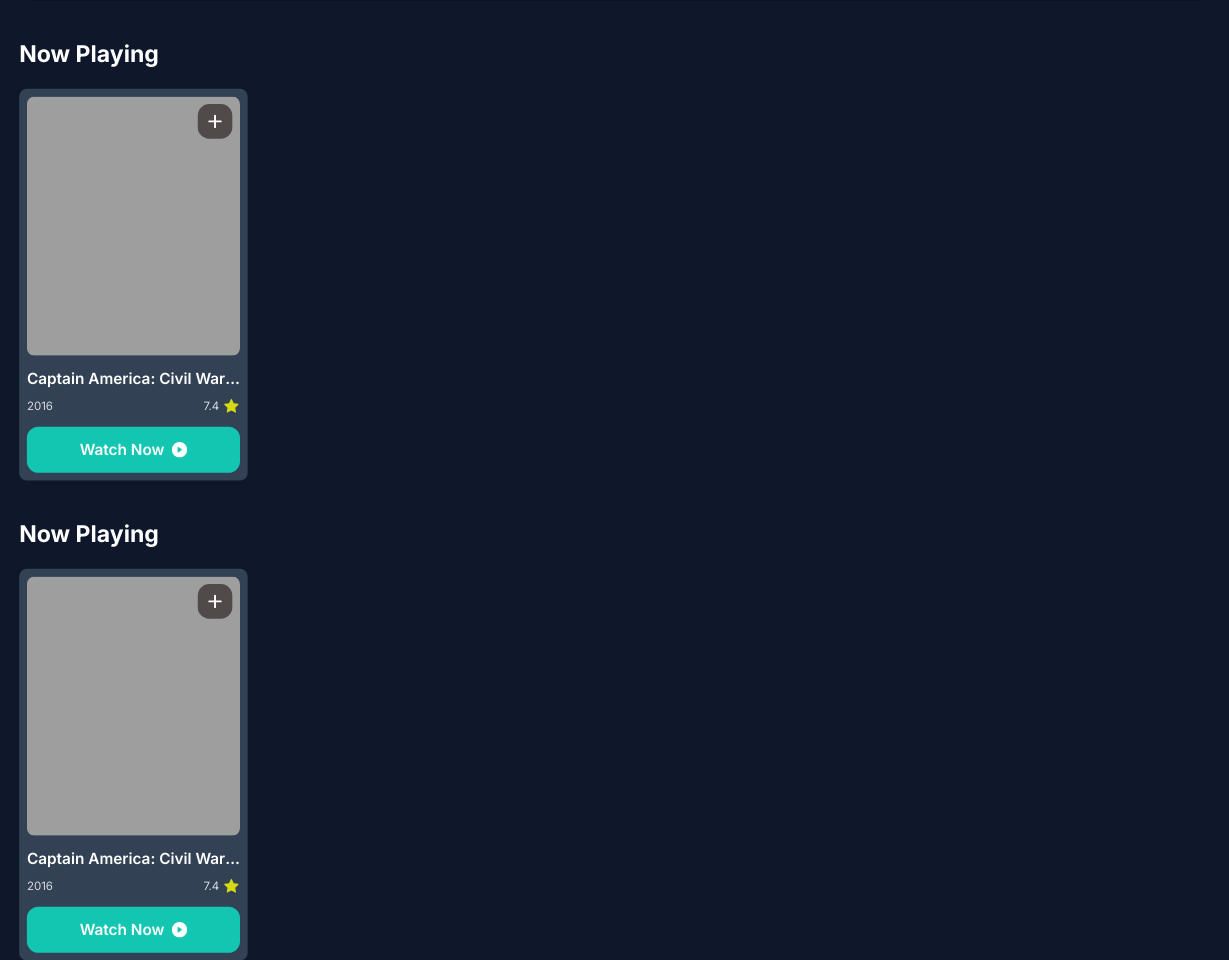
Repository: ajincome26/trailer-movies
Page: /
These files come from the project's save history. The page is drawn as it stood at one moment and after the next save; the edit follows.
The browser window is 1280 px wide. The pictures show the part of the page from y = 564 to 1564 px (the page is 1564 px tall), at 96% of full size.
Pictures or frames that could not be fetched are drawn as grey boxes. The project was rebuilt for these pictures with package versions that can differ from the ones it lists, and the page was loaded fresh each time. Also part of the build but not shown: vite.config.js.

Above is the page before, as saved 2023-03-27 17:04:05.

### src/main.jsx
import React from "react";
import ReactDOM from "react-dom/client";
import App from "./App";
import "./index.scss";
import { BrowserRouter } from "react-router-dom";

ReactDOM.createRoot(document.getElementById("root")).render(
  <React.StrictMode>
    <BrowserRouter>
      <App />
    </BrowserRouter>
  </React.StrictMode>
);

### src/App.jsx
import { NavLink } from "react-router-dom";
import icons from "./untils/icons";

const { BsFillPlayCircleFill, HiPlus, AiFillStar } = icons;
const listNav = [
  {
    id: 1,
    to: "/",
    title: "Home",
  },
  {
    id: 2,
    to: "/movies",
    title: "Movies",
  },
];
function App() {
  return (
    <>
      <div className="header flex items-center justify-center gap-x-5 p-5">
        {listNav.map((item) => (
          <NavLink
            key={item.id}
            to={item.to}
            className={({ isActive }) => (isActive ? "text-primary" : "")}
          >
            {item.title}
          </NavLink>
        ))}
      </div>
      <section className="banner page-container h-[500px]">
        <div className="rounded-xl w-full h-full relative overflow-hidden">
          <div className="w-full h-full relative">
            <div className="overlay inset-0 absolute bg-gradient-to-t from-black"></div>
            <img
              src="https://w0.peakpx.com/wallpaper/473/369/HD-wallpaper-avengers-infinity-war-and-endgame-poster-avengers-endgame-avengers-end-game-avengers-infinity-war-2019-movies-movies-poster.jpg"
              alt="banner"
              className="w-full h-full object-cover object-center"
            />
          </div>
          <div className="absolute text-white bottom-5 left-5">
            <h2 className="text-3xl font-semibold mb-5">Avengers: Endgame</h2>
            <div className="flex items-center gap-x-3 text-sm mb-5">
              <span className="py-2 px-3 rounded-md border border-[#ccc]">
                Action
              </span>
              <span className="py-2 px-3 rounded-md border border-[#ccc]">
                Adventure
              </span>
              <span className="py-2 px-3 rounded-md border border-[#ccc]">
                Drama
              </span>
            </div>
            <div className="flex items-center gap-x-3">
              <button className="px-10 py-3 bg-primary rounded-xl flex items-center gap-x-2 font-semibold">
                Watch
                <BsFillPlayCircleFill />
              </button>
              <button className="p-3 bg-opacity-90 bg-[#4a4242] rounded-xl font-semibold">
                <HiPlus fontSize={25} />
              </button>
            </div>
          </div>
        </div>
      </section>

      <section className="movies-layout page-container">
        <h2 className="capitalize text-2xl font-bold mt-10 mb-5">
          Now Playing
        </h2>
        <div className="movies-list grid grid-cols-5 gap-3">
          <div className="movie-item rounded-lg p-2 bg-slate-700 flex flex-col gap-3">
            <div className="rounded-lg overflow-hidden relative">
              <img
                src="https://w0.peakpx.com/wallpaper/177/218/HD-wallpaper-captain-america-in-avengers-endgame.jpg"
                alt="captain"
                className="w-full h-[270px] object-cover object-top"
              />
              <button className="p-2 bg-opacity-90 bg-[#4a4242] rounded-xl font-semibold absolute top-2 right-2">
                <HiPlus fontSize={20} />
              </button>
            </div>
            <div>
              <h3 className="font-semibold cursor-pointer truncate-1">
                Captain America: Civil War Captain America: Civil War Captain
                America: Civil War
              </h3>
              <div className="flex items-center justify-between text-xs mt-2 opacity-80">
                <span>2016</span>
                <div className="flex items-center gap-x-1">
                  <span>7.4</span>
                  <AiFillStar color="yellow" size={18} />
                </div>
              </div>
            </div>
            <button className="px-10 py-3 bg-primary rounded-xl flex items-center justify-center gap-x-2 font-semibold w-full">
              Watch Now
              <BsFillPlayCircleFill />
            </button>
          </div>
        </div>
      </section>

      <section className="movies-top-rated page-container">
        <h2 className="capitalize text-2xl font-bold mt-10 mb-5">
          Now Playing
        </h2>
        <div className="movies-list grid grid-cols-5 gap-3">
          <div className="movie-item rounded-lg p-2 bg-slate-700 flex flex-col gap-3">
            <div className="rounded-lg overflow-hidden relative">
              <img
                src="https://w0.peakpx.com/wallpaper/177/218/HD-wallpaper-captain-america-in-avengers-endgame.jpg"
                alt="captain"
                className="w-full h-[270px] object-cover object-top"
              />
              <button className="p-2 bg-opacity-90 bg-[#4a4242] rounded-xl font-semibold absolute top-2 right-2">
                <HiPlus fontSize={20} />
              </button>
            </div>
            <div>
              <h3 className="font-semibold cursor-pointer truncate-1">
                Captain America: Civil War Captain America: Civil War Captain
                America: Civil War
              </h3>
              <div className="flex items-center justify-between text-xs mt-2 opacity-80">
                <span>2016</span>
                <div className="flex items-center gap-x-1">
                  <span>7.4</span>
                  <AiFillStar color="yellow" size={18} />
                </div>
              </div>
            </div>
            <button className="px-10 py-3 bg-primary rounded-xl flex items-center justify-center gap-x-2 font-semibold w-full">
              Watch Now
              <BsFillPlayCircleFill />
            </button>
          </div>
        </div>
      </section>
    </>
  );
}

export default App;

### src/index.scss
@tailwind base;
@tailwind components;
@tailwind utilities;

@import url("https://fonts.googleapis.com/css2?family=Inter:wght@100;200;300;400;500;600;700;800;900&display=swap");

@layer base {
  body {
    @apply bg-slate-900 font-Inter px-5 text-white;
  }
}

.page-container {
  @apply max-w-[1280px] mx-auto;
}

.truncate-1 {
  display: -webkit-box;
  -webkit-line-clamp: 1;
  -webkit-box-orient: vertical;
  overflow: hidden;
  text-overflow: ellipsis;
  word-break: break-word;
}

### src/untils/icons.jsx
import { BsFillPlayCircleFill } from "react-icons/bs";
import { HiPlus } from "react-icons/hi";
import { AiFillStar } from "react-icons/ai";

const icons = {
  BsFillPlayCircleFill,
  HiPlus,
  AiFillStar,
};
export default icons;

### tailwind.config.cjs
module.exports = {
  content: ["./index.html", "./src/**/*.{js,ts,jsx,tsx}"],
  theme: {
    extend: {
      fontFamily: {
        Inter: ["Inter", "san-serif"],
      },
      colors: {
        primary: "#13c6b2",
        "overlay-30": "rgba(0,0,0,0.3)",
        "overlay-60": "rgba(0,0,0,0.6)",
        "overlay-80": "rgba(0,0,0,0.8)",
      },
    },
  },
  plugins: [],
};

Loaded but not shown: index.html (common file)

After the next save:
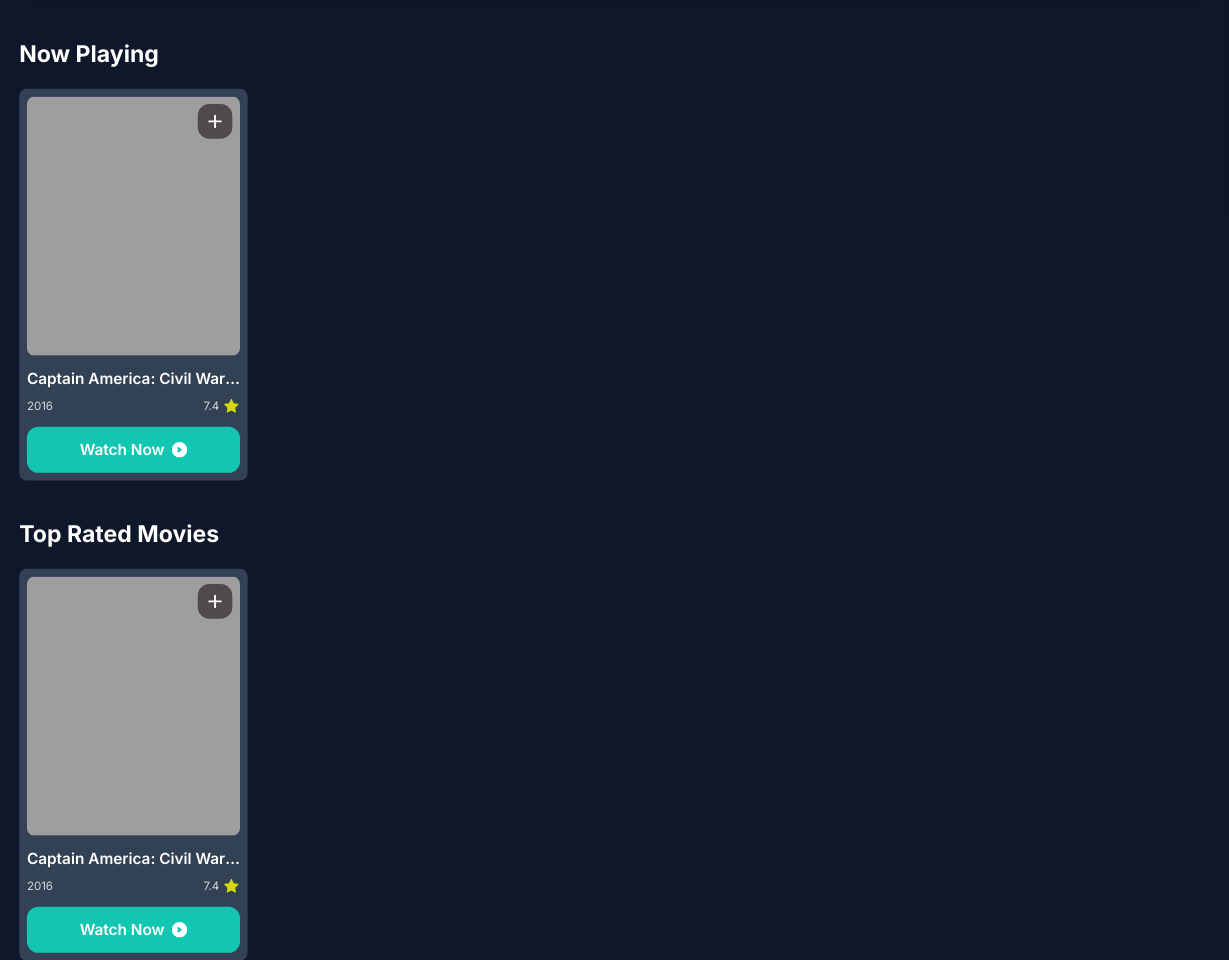
Saved 32 s later.
--- a/src/App.jsx
+++ b/src/App.jsx
@@ -103,7 +103,7 @@
 
       <section className="movies-top-rated page-container">
         <h2 className="capitalize text-2xl font-bold mt-10 mb-5">
-          Now Playing
+          Top Rated Movies
         </h2>
         <div className="movies-list grid grid-cols-5 gap-3">
           <div className="movie-item rounded-lg p-2 bg-slate-700 flex flex-col gap-3">
